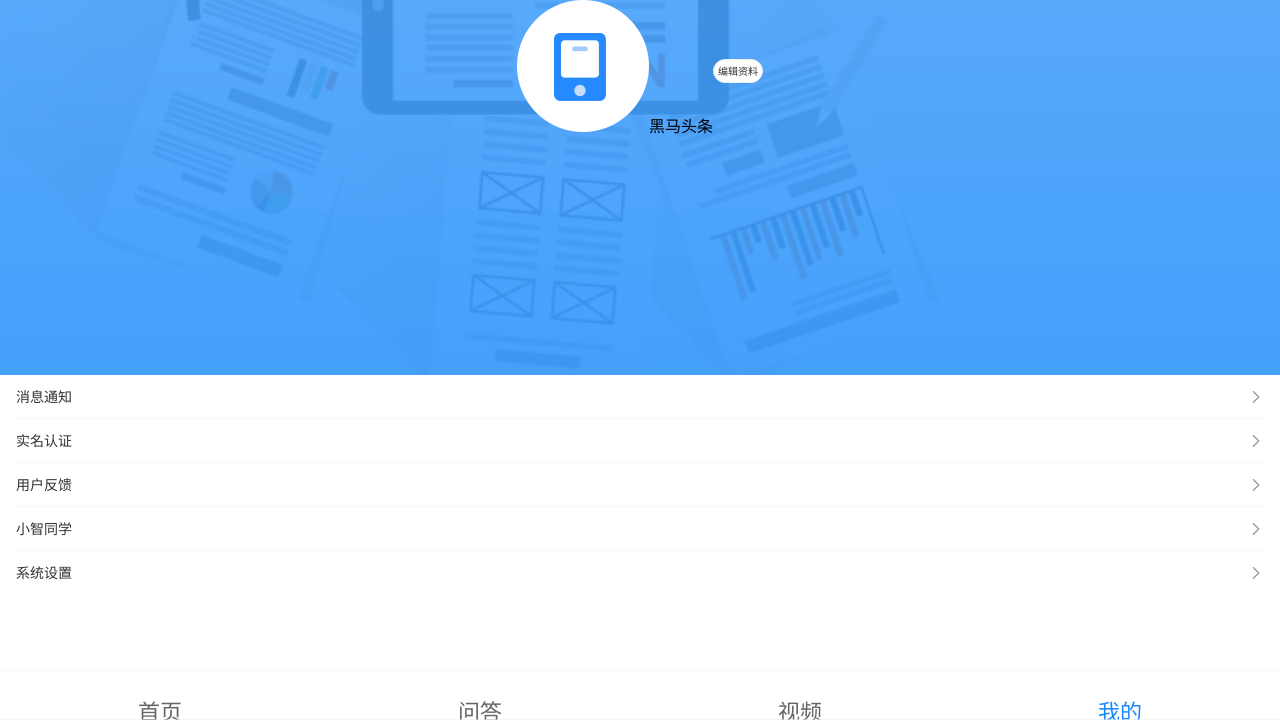
Repository: Tsukiau/yj-toutiao-m
Page: /#/my
The author's editor kept a copy of each file at every save. The page is drawn from the files as they stood at one save, then again after a run of saves.
The browser window is 1280 px wide. The pictures show the whole page.
Some web fonts or font styles are not loaded; a fallback is used. The project was rebuilt for these pictures with package versions that can differ from the ones it lists, and the page was loaded fresh each time. Also part of the build but not shown: vue.config.js.

Above is the page before, as saved 2022-11-06 14:52:06.

### src/main.js
import Vue from 'vue'
import App from './App.vue'
import router from './router'
import store from './store'

import Vant from 'vant'
import 'vant/lib/index.css'
import 'amfe-flexible'

// 导入全局的样式文件
import './css/index.css'
Vue.use(Vant)
Vue.config.productionTip = false

new Vue({
  router,
  store,
  render: h => h(App)
}).$mount('#app')

### src/App.vue
<template>
  <div id="app">
    <router-view></router-view>
  </div>
</template>

<style lang="less">
</style>

### src/router/index.js
import Vue from 'vue'
import VueRouter from 'vue-router'

Vue.use(VueRouter)

const routes = [
  {
    path: '/',
    redirect: '/layout'
  },
  {
    path: '/login',
    name: 'login',
    component: () => import('@/views/login')
  },
  {
    path: '/layout',
    name: 'layout',
    component: () => import('@/views/layout'),
    children: [
      {
        path: '/home',
        name: 'home',
        component: () => import('@/views/home')
      },
      {
        path: '/my',
        name: 'my',
        component: () => import('@/views/my')
      },
      {
        path: '/ask',
        name: 'ask',
        component: () => import('@/views/ask')
      },
      {
        path: '/video',
        name: 'video',
        component: () => import('@/views/video')
      }
    ]
  },

]

const router = new VueRouter({
  routes
})

export default router

### src/store/index.js
import Vue from 'vue'
import Vuex from 'vuex'

import user from './modules/user'
Vue.use(Vuex)

export default new Vuex.Store({
   modules: {
     user
   }

})

### src/css/index.css
@font-face {
  font-family: "iconfont";
  /* Project id 3671134 */
  src: url('//at.alicdn.com/t/c/font_3671134_2emfzv8sq1v.woff2?t=1664107686856') format('woff2'), url('//at.alicdn.com/t/c/font_3671134_2emfzv8sq1v.woff?t=1664107686856') format('woff'), url('//at.alicdn.com/t/c/font_3671134_2emfzv8sq1v.ttf?t=1664107686856') format('truetype');
}
.iconfont {
  font-family: "iconfont" !important;
  font-size: 16px;
  font-style: normal;
  -webkit-font-smoothing: antialiased;
  -moz-osx-font-smoothing: grayscale;
}
.icon-fenxiang:before {
  content: "\e60a";
}
.icon-zuopin:before {
  content: "\e60b";
}
.icon-pinglun1:before {
  content: "\e60c";
}
.icon-guanbi:before {
  content: "\e60d";
}
.icon-gengduo:before {
  content: "\e60e";
}
.icon-shanchu:before {
  content: "\e60f";
}
.icon-shouye1:before {
  content: "\e610";
}
.icon-shoucang:before {
  content: "\e611";
}
.icon-shouji1:before {
  content: "\e612";
}
.icon-zuojiantou:before {
  content: "\e613";
}
.icon-sousuo:before {
  content: "\e614";
}
.icon-dianzan:before {
  content: "\e615";
}
.icon-wenda:before {
  content: "\e616";
}
.icon-wuwangluo1:before {
  content: "\e617";
}
.icon-fenxiang1:before {
  content: "\e618";
}
.icon-dianzan2:before {
  content: "\e619";
}
.icon-shipin:before {
  content: "\e61a";
}
.icon-yanzhengma:before {
  content: "\e61b";
}
.icon-lishi1:before {
  content: "\e61c";
}
.icon-wode:before {
  content: "\e61d";
}
.icon-youjiantou:before {
  content: "\e61e";
}
.icon-zuopin1:before {
  content: "\e61f";
}
.icon-yuedu:before {
  content: "\e620";
}
.icon-pinglun:before {
  content: "\e601";
}
.icon-lishi:before {
  content: "\e602";
}
.icon-shouye:before {
  content: "\e603";
}
.icon-shouji:before {
  content: "\e604";
}
.icon-wuwangluo:before {
  content: "\e605";
}
.van-nav-bar {
  background-color: #3296fa;
}
.van-nav-bar /deep/ .van-nav-bar__title {
  color: #fff;
}

### src/views/layout/index.vue
<template>
  <div class="layout-container">

    <!-- 标签导航栏 -->
    <van-tabbar class="layout-tabbar"  route>
      <van-tabbar-item to="/">
        <i slot="icon" class="iconfont icon-shouye"></i>
        <span class="text">首页</span>
      </van-tabbar-item >
      <!--  -->
      <van-tabbar-item to="/ask">
        <i slot="icon" class="iconfont icon-wenda"></i>
        <span class="text">问答</span>
      </van-tabbar-item>
      <!--  -->
      <van-tabbar-item to="/video">
        <i slot="icon" class="iconfont icon-shipin"></i>
        <span class="text">视频</span>
      </van-tabbar-item>
      <!--  -->
      <van-tabbar-item to="/my">
        <i slot="icon" class="iconfont icon-wode"></i>
        <span class="text">我的</span>
      </van-tabbar-item>
    </van-tabbar>
    <router-view />
  </div>
</template>

<script>
export default {
  name: 'layou',
  data() {
    return {
    }
  }
}
</script>

<style lang="less" scoped>
.layout-container {
  .layout-tabbar {
    i.iconfont {
      font-size: 30px;
    }
    span.text {
      font-size: 22px;
    }
  }
}
</style>

### src/views/my/index.vue
<template>
  <div class="my-container">
    <div class="header userInfo">
    <div class="base">
      <div class="left">
        <img
        class="mobile-img"
        src="~@/assets/mobile.png"
        @click="$router.push('/login')"
      >
      <span class="name">黑马头条</span>
      </div>
     <div class="right">
      <van-button type="default" size="mini" round>编辑资料</van-button>
     </div>
    </div>
    </div>
    <!--  -->
    <div class="data"></div>
    <!--  -->
    <div class="grid-nav"></div>
    <van-cell title="消息通知" is-link url="" />
    <van-cell title="实名认证" is-link url="" />
    <van-cell title="用户反馈" is-link url="" />
    <van-cell title="小智同学" is-link url="" />
    <van-cell title="系统设置" is-link url="" />
  </div>
</template>

<script>
export default {
  name: 'MyIndex',
  components: {},
  props: {},
  data () {
    return {}
  },
  computed: {},
  watch: {},
  created () {},
  mounted () {},
  methods: {}
}
</script>

<style scoped lang="less">
.my-container {
 .header{
   height: 375px;
   width: 100%;
   background-image: url(../../assets/banner.png);
   background-size: cover;
   .base{
     display: flex;
     justify-content: center;
     align-items: center;
   }
 }
}
</style>

### src/store/modules/user.js
import { getToken, setToken } from '@/utils/Cookies'
import {login } from '@/api/user'

const state = {
  token: getToken()
}
const mutations = {
  setToken(state, token) {
    state.token = token
    setToken(token)
  }
}
const actions = {
   async getLogin(context, data) {
    const {token} = await login(data)
    context.commit('setToken',token)

  }
}
export default {
  namespaced: true,
  state,
  mutations,
  actions

}

### src/api/user.js
import request from '@/utils/request'

// 发送短信验证码
export function getSms (mobile) {
  return request({
    method: 'GET',
    url: `/v1_0/sms/codes/${mobile}`
  })
}

/**
 * 用户登录
 */
export function login(data) {
  return request({
    method: 'POST',
    url: '/v1_0/authorizations',
    data
  })
}

### src/utils/Cookies.js
import Cookies from 'js-cookie'

const Token = 'Token'

export function getToken(){
   return Cookies.get(Token)
}

export function setToken(token){
    return Cookies.set(Token, token)
}

export function removeToken(){
    return Cookies.remove(Token)
}

### src/utils/request.js
import axios from 'axios'

const request = axios.create({
  baseURL: 'http://toutiao.itheima.net/',
  timeout: 5000
})

request.interceptors.response.use(response => {
  const { message, data } = response.data
  if (!message) return Promise.reject(new Error(message))
  return data
})

export default request

Loaded but not shown: public/index.html (common file)

After the next 2 saves:
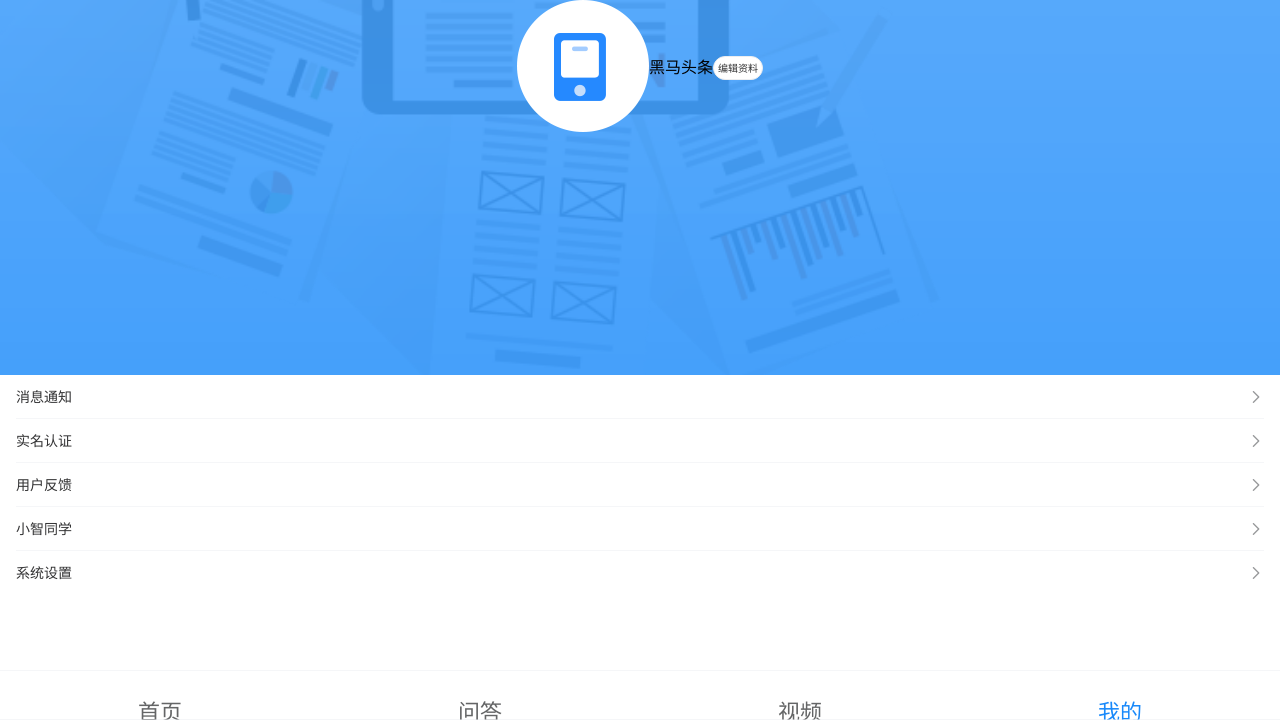
The 2 saves are shown as one change because they came seconds apart.
The last was saved 21 s later.
--- a/src/views/my/index.vue
+++ b/src/views/my/index.vue
@@ -55,6 +55,11 @@ export default {
      justify-content: center;
      align-items: center;
    }
+   .left{
+    display: flex;
+     justify-content: center;
+     align-items: center;
+   }
  }
 }
 </style>
